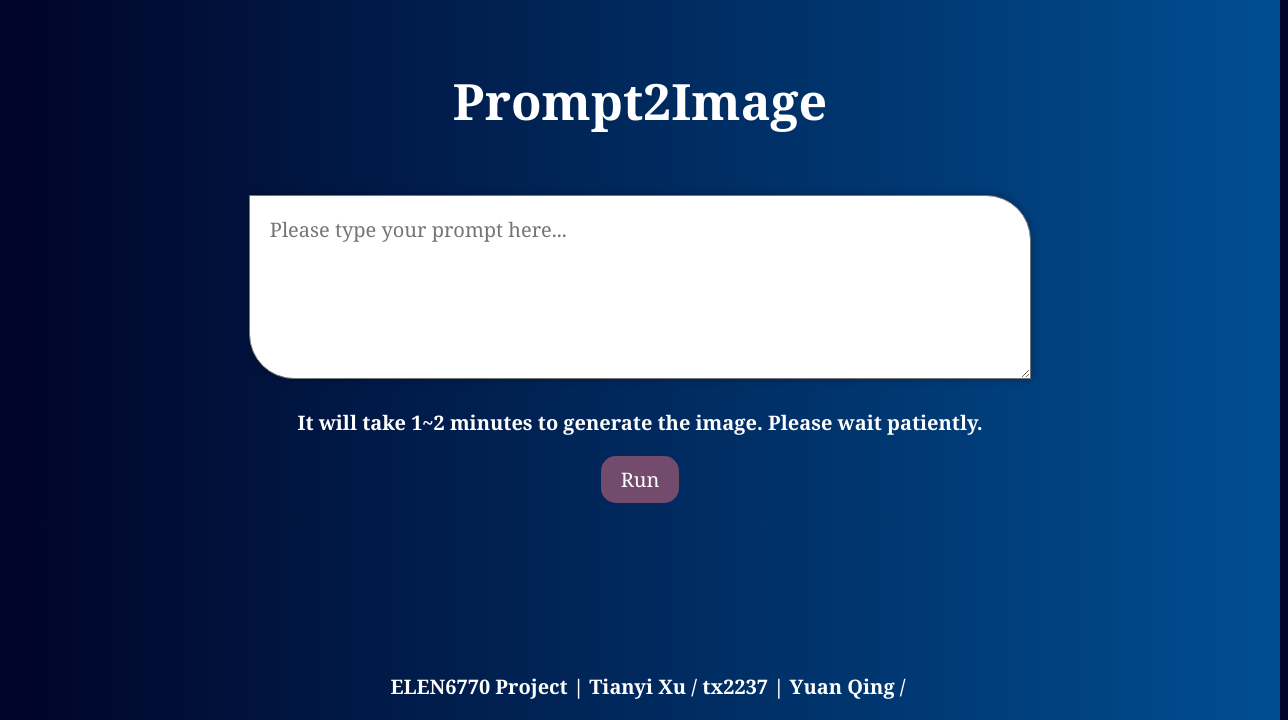
Repository: XTTTZ/Prompt2Image
Page: main3.html
An editor plug-in stored every save of this project. The page is shown before and after the next save, followed by the edit.
The browser window is 1280 px wide. The page is 1288 px wide, so the pictures cover 1288 px, including what lies to the right of the window. The pictures show the whole page.
The page's requests for data from a server got no answer.

Above is the page before, as saved 2023-11-30 21:54:09.

After the next save:
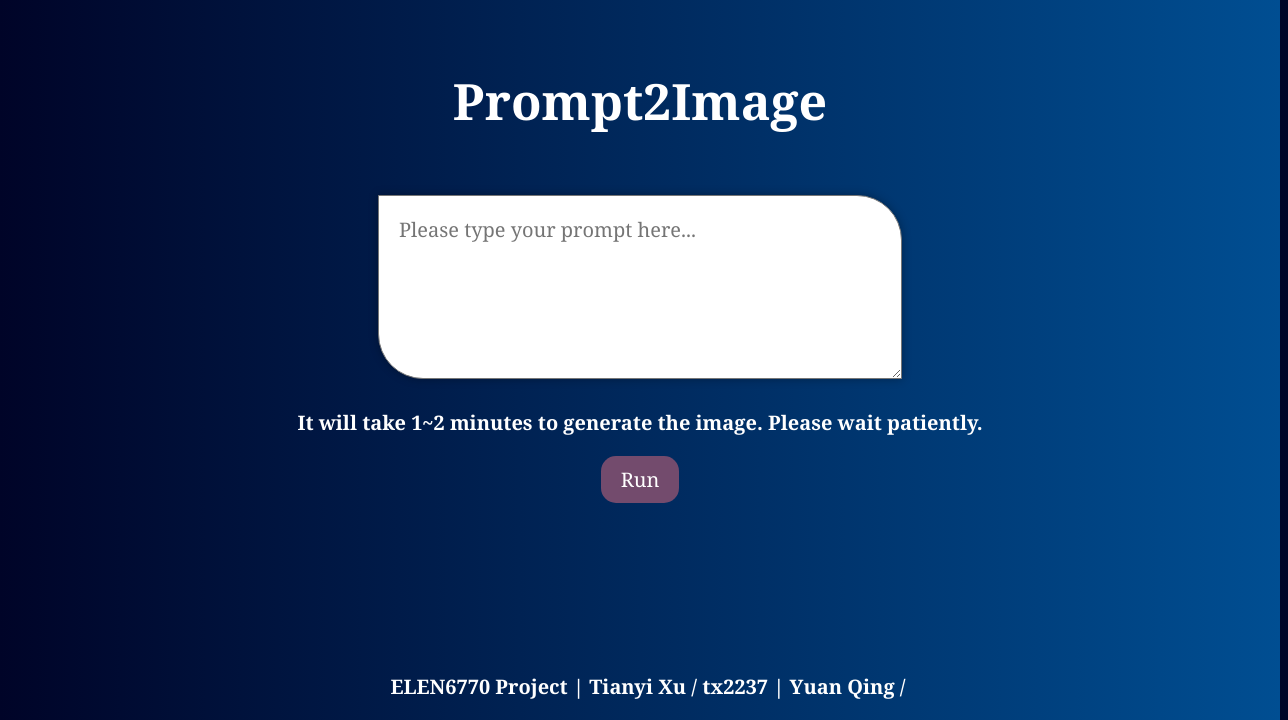
Saved 7 min 43 s later.
--- a/main3.html
+++ b/main3.html
@@ -54,7 +54,7 @@
             padding-left: 1em;
             padding-top: 1em;
             margin: 0.5em 0;
-            width: 60%;
+            width: 500px;
             height: 8em;
             text-align: left;
             vertical-align: top;
